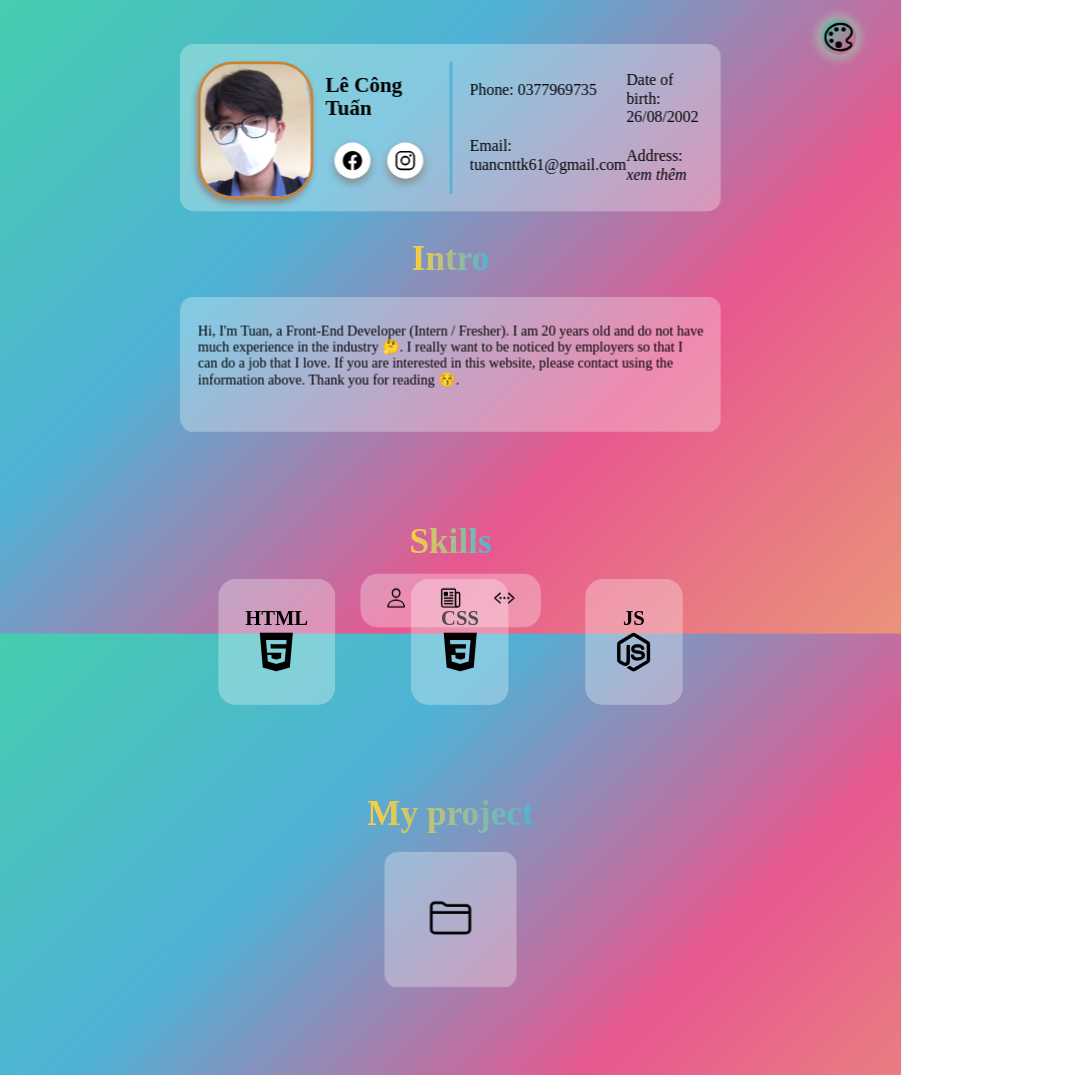
Repository: LeCongTuan2608/Profile
Page: index.html
The author's editor kept a copy of each file at every save. The page is drawn from the files as they stood at one save, then again after the next save.
The browser window is 1024 px wide. The page is 1229 px wide, then 1126 px, so the pictures cover 1229 px, including what lies to the right of the window. The pictures show the whole page, at 88% of full size.
Backgrounds fixed to the window are drawn as part of the page. The style sheet was rebuilt from its Sass, Less or Tailwind sources for each picture, by a compiler version that may differ from the author's.

Above is the page before, as saved 2022-05-05 12:18:19.

After the next save:
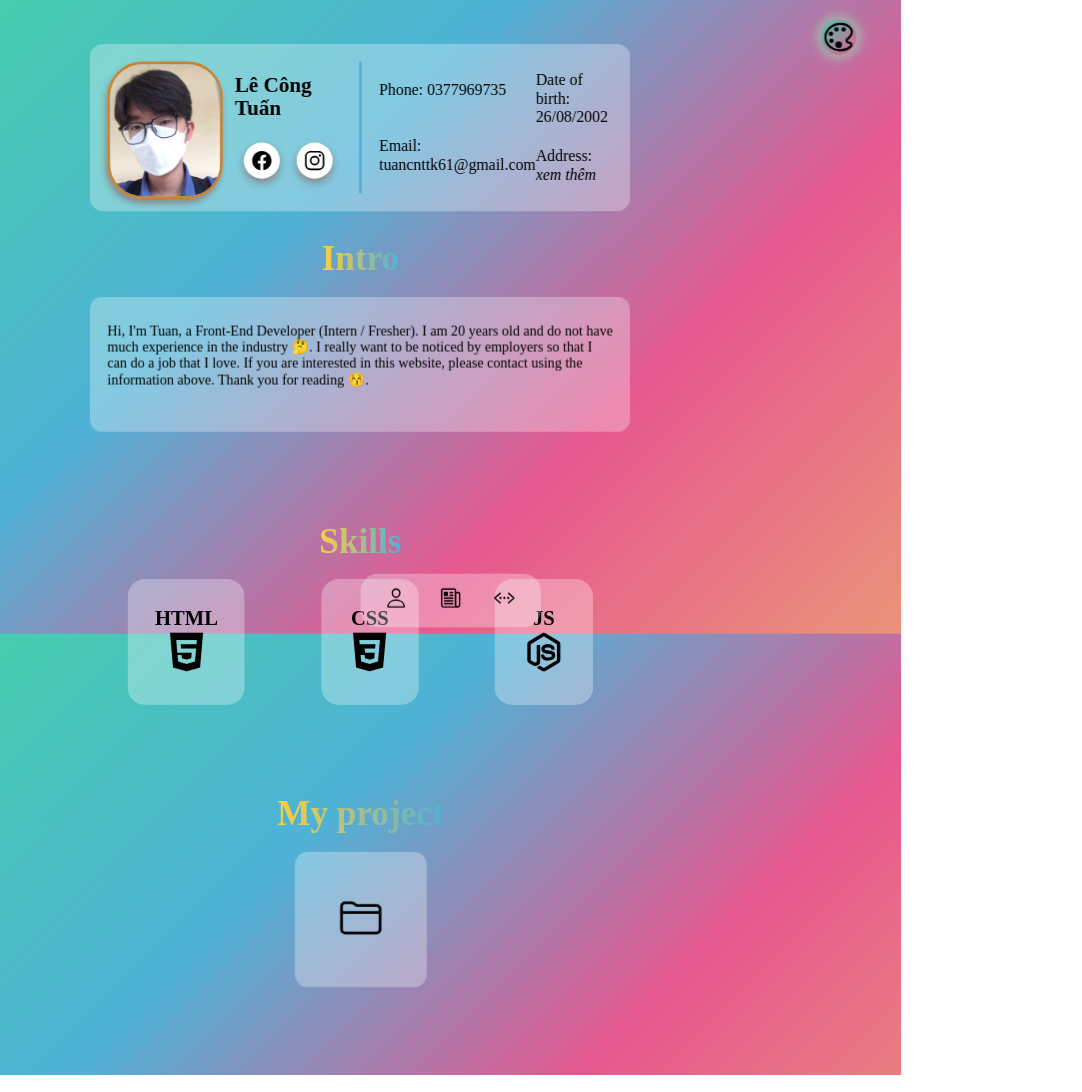
Saved 9 s later.
--- a/sass/style.scss
+++ b/sass/style.scss
@@ -399,7 +399,7 @@ background-color: #a5e296;
 }
 @media screen and (max-width:1060px) {
     .contents {
-        margin: 0 20% 0 20%;
+        margin: 0 10% 0 10%;
         display: block;
     }
 }
